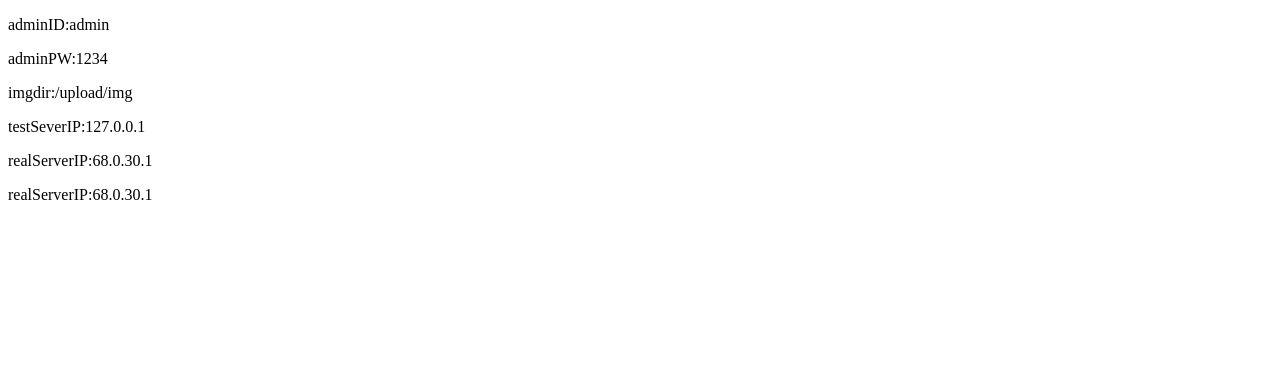
Repository: 1571min/jsp_inflearn_lecture
Page: http://localhost/lec11Ptj001/jspEx.jsp
An editor plug-in stored every save of this project. The page is shown before and after the next save, followed by the edit.
The browser window is 1280 px wide. The pictures show the whole page.
The page is served by Tomcat 9.

Above is the page before, as saved 2019-12-22 08:29:30.

After the next save:
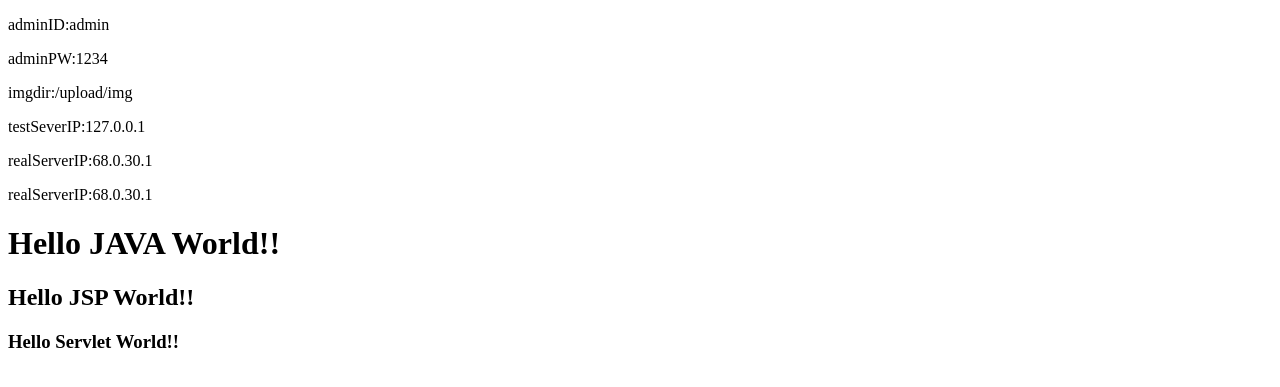
Saved 54 s later.
--- a/lec11Ptj001/WebContent/jspEx.jsp
+++ b/lec11Ptj001/WebContent/jspEx.jsp
@@ -40,9 +40,17 @@
 <p>realServerIP:<%=realServerIP %></p>
 
 
-<%
-out.print(str.toString());
-%>
+<!-- out ��ü -->
+		<%
+			out.print("<h1>Hello JAVA World!!</h1>");
+			out.print("<h2>Hello JSP World!!</h2>");
+			out.print("<h3>Hello Servlet World!!</h3>");
+		%>
+
+		<!-- exception ��ü -->
+		<%
+			out.print(str.toString());
+		%>
 
 </body>
 </html>
